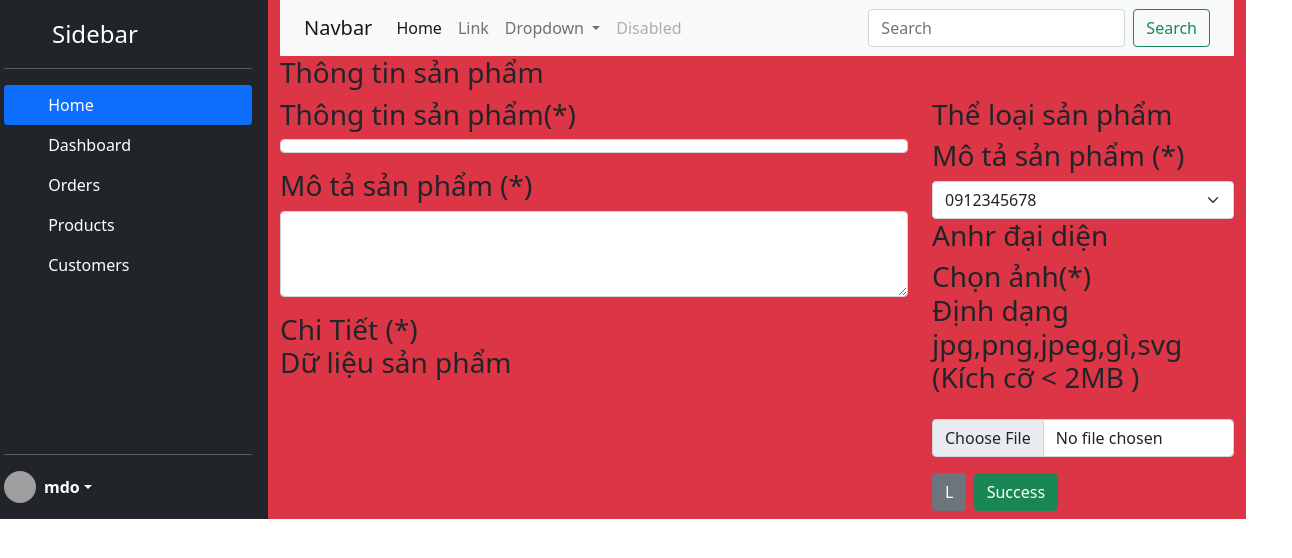
Repository: Lehuyhuynh/BT12-BOOTSTRAP
Page: index.html
An editor plug-in stored every save of this project. The page is shown before and after the next save, followed by the edit.
The browser window is 1280 px wide. The page is 1292 px wide, so the pictures cover 1292 px, including what lies to the right of the window. The pictures show the whole page.
Pictures or frames that could not be fetched are drawn as grey boxes.

Above is the page before, as saved 2023-08-19 22:46:31.

### index.html
<!DOCTYPE html>
<html lang="en">
<head>
  <link href="https://cdn.jsdelivr.net/npm/bootstrap@5.1.3/dist/css/bootstrap.min.css" rel="stylesheet" integrity="sha384-1BmE4kWBq78iYhFldvKuhfTAU6auU8tT94WrHftjDbrCEXSU1oBoqyl2QvZ6jIW3" crossorigin="anonymous">
  <meta charset="UTF-8">
  <meta name="viewport" content="width=device-width, initial-scale=1.0">
  <title>BT2</title>
</head>
<body>
  <div class="row">
    <div class=" col-3 d-flex flex-column flex-shrink-0 p-3 text-white bg-dark rounded-lg" style="width: 280px;">
      <a href="/" class="d-flex align-items-center mb-3 mb-md-0 me-md-auto text-white text-decoration-none">
        <svg class="bi me-2" width="40" height="32"><use xlink:href="#bootstrap"></use></svg>
        <span class="fs-4">Sidebar</span>
      </a>
      <hr>
      <ul class="nav nav-pills flex-column mb-auto">
        <li class="nav-item">
          <a href="#" class="nav-link active" aria-current="page">
            <svg class="bi me-2" width="16" height="16"><use xlink:href="#home"></use></svg>
            Home
          </a>
        </li>
        <li>
          <a href="#" class="nav-link text-white">
            <svg class="bi me-2" width="16" height="16"><use xlink:href="#speedometer2"></use></svg>
            Dashboard
          </a>
        </li>
        <li>
          <a href="#" class="nav-link text-white">
            <svg class="bi me-2" width="16" height="16"><use xlink:href="#table"></use></svg>
            Orders
          </a>
        </li>
        <li>
          <a href="#" class="nav-link text-white">
            <svg class="bi me-2" width="16" height="16"><use xlink:href="#grid"></use></svg>
            Products
          </a>
        </li>
        <li>
          <a href="#" class="nav-link text-white">
            <svg class="bi me-2" width="16" height="16"><use xlink:href="#people-circle"></use></svg>
            Customers
          </a>
        </li>
      </ul>
      <hr>
      <div class="dropdown">
        <a href="#" class="d-flex align-items-center text-white text-decoration-none dropdown-toggle" id="dropdownUser1" data-bs-toggle="dropdown" aria-expanded="false">
          <img src="https://github.com/mdo.png" alt="" width="32" height="32" class="rounded-circle me-2">
          <strong>mdo</strong>
        </a>
        <ul class="dropdown-menu dropdown-menu-dark text-small shadow" aria-labelledby="dropdownUser1" style="">
          <li><a class="dropdown-item" href="#">New project...</a></li>
          <li><a class="dropdown-item" href="#">Settings</a></li>
          <li><a class="dropdown-item" href="#">Profile</a></li>
          <li><hr class="dropdown-divider"></li>
          <li><a class="dropdown-item" href="#">Sign out</a></li>
        </ul>
      </div>
    </div>
    <div class="main-content bg-danger col-9" >
      <nav class="navbar navbar-expand-lg navbar-light bg-light">
        <div class="container-fluid">
          <a class="navbar-brand" href="#">Navbar</a>
          <button class="navbar-toggler" type="button" data-bs-toggle="collapse" data-bs-target="#navbarSupportedContent" aria-controls="navbarSupportedContent" aria-expanded="false" aria-label="Toggle navigation">
            <span class="navbar-toggler-icon"></span>
          </button>
          <div class="collapse navbar-collapse" id="navbarSupportedContent">
            <ul class="navbar-nav me-auto mb-2 mb-lg-0">
              <li class="nav-item">
                <a class="nav-link active" aria-current="page" href="#">Home</a>
              </li>
              <li class="nav-item">
                <a class="nav-link" href="#">Link</a>
              </li>
              <li class="nav-item dropdown">
                <a class="nav-link dropdown-toggle" href="#" id="navbarDropdown" role="button" data-bs-toggle="dropdown" aria-expanded="false">
                  Dropdown
                </a>
                <ul class="dropdown-menu" aria-labelledby="navbarDropdown">
                  <li><a class="dropdown-item" href="#">Action</a></li>
                  <li><a class="dropdown-item" href="#">Another action</a></li>
                  <li><hr class="dropdown-divider"></li>
                  <li><a class="dropdown-item" href="#">Something else here</a></li>
                </ul>
              </li>
              <li class="nav-item">
                <a class="nav-link disabled" href="#" tabindex="-1" aria-disabled="true">Disabled</a>
              </li>
            </ul>
            <form class="d-flex">
              <input class="form-control me-2" type="search" placeholder="Search" aria-label="Search">
              <button class="btn btn-outline-success" type="submit">Search</button>
            </form>
          </div>
        </div>
      </nav>
      <div class="row">

        <h3>Thông tin sản phẩm<h3>

          <div class="row">
            <div class="more col-8">

              <div class="product">

                <div class="mb-3">
                  <label for="information" class="form-label">Thông tin sản phẩm(*)</label>
                  <table class="form-control" id="information" name="information" rows="3"></table>
                </div>

                <div class="mb-3">
                  <label for="exampleFormControlTextarea1" class="form-label">Mô tả sản phẩm (*)</label>
                  <textarea class="form-control" id="exampleFormControlTextarea1" rows="3"></textarea>
                </div>

                <span>Chi Tiết (*) </span><br>

              </div>

              <div class="data">

                <h3>Dữ liệu sản phẩm</h3>


              </div>

            </div>

            <div class="category col-4">

              <div class="cate">

              <h3>Thể loại sản phẩm</h3>



                <label for="cate" class="form-label">Mô tả sản phẩm (*)</label>

                <select id="cate" class="form-select" aria-label="Default select example">

                  <option value="1">0912345678</option>
                  <option value="2">0123456789</option>
                  <option value="3">1234567890</option>
                </select>

              </div>

              <div class="img">

                <h3>Anhr đại diện</h3>
                <div class="mb-3">
                  <label for="formFile" class="form-label">Chọn ảnh(*)
                    <p>Định dạng jpg,png,jpeg,gì,svg (Kích cỡ < 2MB )    </p>
                  </label>
                  <input class="form-control" type="file" id="formFile">
                </div>
              </div>

              <button type="button" class="btn btn-secondary">L</button>
              <button type="button" class="btn btn-success">Success</button>
            </div>
          </div>






      </div>
    </div>


  </div>

  <script src="https://cdn.jsdelivr.net/npm/bootstrap@5.1.3/dist/js/bootstrap.bundle.min.js" integrity="sha384-ka7Sk0Gln4gmtz2MlQnikT1wXgYsOg+OMhuP+IlRH9sENBO0LRn5q+8nbTov4+1p" crossorigin="anonymous"></script>
</body>
</html>

After the next save:
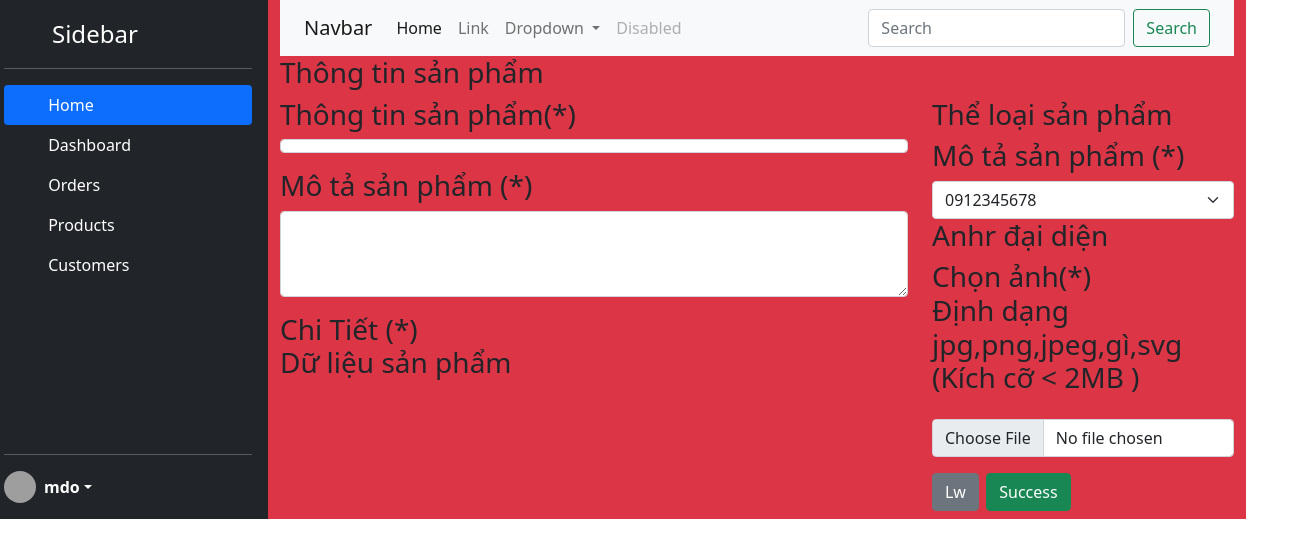
Saved 5 s later.
--- a/index.html
+++ b/index.html
@@ -160,7 +160,7 @@
                 </div>
               </div>
 
-              <button type="button" class="btn btn-secondary">L</button>
+              <button type="button" class="btn btn-secondary">Lw</button>
               <button type="button" class="btn btn-success">Success</button>
             </div>
           </div>
